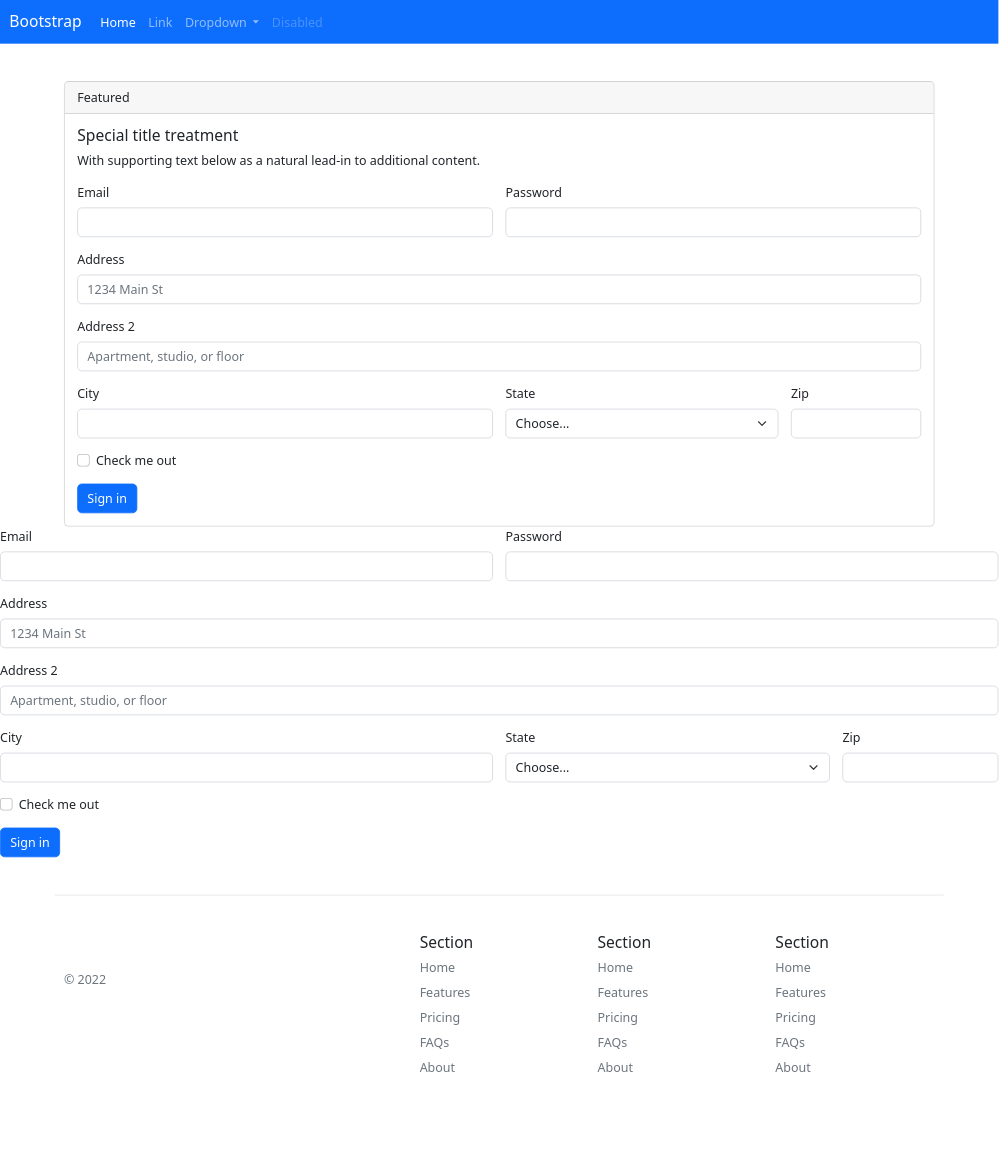
Repository: leosulzbach/Aula
Page: Bootstrap/bootstrap.html
An editor plug-in stored every save of this project. The page is shown before and after the next save, followed by the edit.
The browser window is 1280 px wide. The page is 1288 px wide, then 1280 px, so the pictures cover 1288 px, including what lies to the right of the window. The pictures show the whole page, at 78% of full size.

Above is the page before, as saved 2022-05-26 14:30:01.

### Bootstrap/bootstrap.html
<!DOCTYPE html>
<html lang="PT-BR">
<head>
    <meta charset="UTF-8">
    <meta http-equiv="X-UA-Compatible" content="IE=edge">
    <meta name="viewport" content="width=device-width, initial-scale=1.0">
    <link href="https://cdn.jsdelivr.net/npm/bootstrap@5.2.0-beta1/dist/css/bootstrap.min.css" rel="stylesheet" integrity="sha384-0evHe/X+R7YkIZDRvuzKMRqM+OrBnVFBL6DOitfPri4tjfHxaWutUpFmBp4vmVor" crossorigin="anonymous">
    <script src="https://cdn.jsdelivr.net/npm/bootstrap@5.2.0-beta1/dist/js/bootstrap.bundle.min.js" integrity="sha384-pprn3073KE6tl6bjs2QrFaJGz5/SUsLqktiwsUTF55Jfv3qYSDhgCecCxMW52nD2" crossorigin="anonymous"></script>
    <title>Bootstrap</title>
</head>
<body>
    <nav class="navbar navbar-expand-lg navbar-dark bg-primary">
        <div class="container-fluid">
          <a class="navbar-brand" href="#">Bootstrap</a>

          <button class="navbar-toggler" type="button" data-bs-toggle="collapse" data-bs-target="#navbarSupportedContent" aria-controls="navbarSupportedContent" aria-expanded="false" aria-label="Toggle navigation">
            <span class="navbar-toggler-icon"></span>
          </button>

          <div class="collapse navbar-collapse" id="navbarSupportedContent">
            <ul class="navbar-nav me-auto mb-2 mb-lg-0">
              <li class="nav-item">
                <a class="nav-link active" aria-current="page" href="#">Home</a>
              </li>
              <li class="nav-item">
                <a class="nav-link" href="#">Link</a>
              </li>

              <li class="nav-item dropdown">
                <a class="nav-link dropdown-toggle" href="#" id="navbarDropdown" role="button" data-bs-toggle="dropdown" aria-expanded="false">
                  Dropdown
                </a>
                <ul class="dropdown-menu" aria-labelledby="navbarDropdown">
                  <li><a class="dropdown-item" href="#">Action</a></li>
                  <li><a class="dropdown-item" href="#">Another action</a></li>
                  <li><hr class="dropdown-divider"></li>
                  <li><a class="dropdown-item" href="#">Something else here</a></li>
                </ul>
              </li>
              <li class="nav-item">
                <a class="nav-link disabled">Disabled</a>
              </li>
            </ul>

          </div>
        </div>
      </nav>

      <main class="container">

        <div class="card mt-5">
            <div class="card-header">
              Featured
            </div>
            <div class="card-body">
              <h5 class="card-title">Special title treatment</h5>
              <p class="card-text">With supporting text below as a natural lead-in to additional content.</p>
              <form class="row g-3">
                <div class="col-md-6">
                  <label for="inputEmail4" class="form-label">Email</label>
                  <input type="email" class="form-control" id="inputEmail4">
                </div>
                <div class="col-md-6">
                  <label for="inputPassword4" class="form-label">Password</label>
                  <input type="password" class="form-control" id="inputPassword4">
                </div>
                <div class="col-12">
                  <label for="inputAddress" class="form-label">Address</label>
                  <input type="text" class="form-control" id="inputAddress" placeholder="1234 Main St">
                </div>
                <div class="col-12">
                  <label for="inputAddress2" class="form-label">Address 2</label>
                  <input type="text" class="form-control" id="inputAddress2" placeholder="Apartment, studio, or floor">
                </div>
                <div class="col-md-6">
                  <label for="inputCity" class="form-label">City</label>
                  <input type="text" class="form-control" id="inputCity">
                </div>
                <div class="col-md-4">
                  <label for="inputState" class="form-label">State</label>
                  <select id="inputState" class="form-select">
                    <option selected>Choose...</option>
                    <option>...</option>
                  </select>
                </div>
                <div class="col-md-2">
                  <label for="inputZip" class="form-label">Zip</label>
                  <input type="text" class="form-control" id="inputZip">
                </div>
                <div class="col-12">
                  <div class="form-check">
                    <input class="form-check-input" type="checkbox" id="gridCheck">
                    <label class="form-check-label" for="gridCheck">
                      Check me out
                    </label>
                  </div>
                </div>
                <div class="col-12">
                  <button type="submit" class="btn btn-primary">Sign in</button>
                </div>
              </form>
            </div>
          </div>
      </main>

      <form class="row g-3">
        <div class="col-md-6">
          <label for="inputEmail4" class="form-label">Email</label>
          <input type="email" class="form-control" id="inputEmail4">
        </div>
        <div class="col-md-6">
          <label for="inputPassword4" class="form-label">Password</label>
          <input type="password" class="form-control" id="inputPassword4">
        </div>
        <div class="col-12">
          <label for="inputAddress" class="form-label">Address</label>
          <input type="text" class="form-control" id="inputAddress" placeholder="1234 Main St">
        </div>
        <div class="col-12">
          <label for="inputAddress2" class="form-label">Address 2</label>
          <input type="text" class="form-control" id="inputAddress2" placeholder="Apartment, studio, or floor">
        </div>
        <div class="col-md-6">
          <label for="inputCity" class="form-label">City</label>
          <input type="text" class="form-control" id="inputCity">
        </div>
        <div class="col-md-4">
          <label for="inputState" class="form-label">State</label>
          <select id="inputState" class="form-select">
            <option selected>Choose...</option>
            <option>...</option>
          </select>
        </div>
        <div class="col-md-2">
          <label for="inputZip" class="form-label">Zip</label>
          <input type="text" class="form-control" id="inputZip">
        </div>
        <div class="col-12">
          <div class="form-check">
            <input class="form-check-input" type="checkbox" id="gridCheck">
            <label class="form-check-label" for="gridCheck">
              Check me out
            </label>
          </div>
        </div>
        <div class="col-12">
          <button type="submit" class="btn btn-primary">Sign in</button>
        </div>
      </form>

      <div class="container">
        <footer class="row row-cols-1 row-cols-sm-2 row-cols-md-5 py-5 my-5 border-top">
          <div class="col mb-3">
            <a href="/" class="d-flex align-items-center mb-3 link-dark text-decoration-none">
              <svg class="bi me-2" width="40" height="32"><use xlink:href="#bootstrap"></use></svg>
            </a>
            <p class="text-muted">© 2022</p>
          </div>

          <div class="col mb-3">

          </div>

          <div class="col mb-3">
            <h5>Section</h5>
            <ul class="nav flex-column">
              <li class="nav-item mb-2"><a href="#" class="nav-link p-0 text-muted">Home</a></li>
              <li class="nav-item mb-2"><a href="#" class="nav-link p-0 text-muted">Features</a></li>
              <li class="nav-item mb-2"><a href="#" class="nav-link p-0 text-muted">Pricing</a></li>
              <li class="nav-item mb-2"><a href="#" class="nav-link p-0 text-muted">FAQs</a></li>
              <li class="nav-item mb-2"><a href="#" class="nav-link p-0 text-muted">About</a></li>
            </ul>
          </div>

          <div class="col mb-3">
            <h5>Section</h5>
            <ul class="nav flex-column">
              <li class="nav-item mb-2"><a href="#" class="nav-link p-0 text-muted">Home</a></li>
              <li class="nav-item mb-2"><a href="#" class="nav-link p-0 text-muted">Features</a></li>
              <li class="nav-item mb-2"><a href="#" class="nav-link p-0 text-muted">Pricing</a></li>
              <li class="nav-item mb-2"><a href="#" class="nav-link p-0 text-muted">FAQs</a></li>
              <li class="nav-item mb-2"><a href="#" class="nav-link p-0 text-muted">About</a></li>
            </ul>
          </div>


          <div class="col mb-3">
            <h5>Section</h5>
            <ul class="nav flex-column">
              <li class="nav-item mb-2"><a href="#" class="nav-link p-0 text-muted">Home</a></li>
              <li class="nav-item mb-2"><a href="#" class="nav-link p-0 text-muted">Features</a></li>
              <li class="nav-item mb-2"><a href="#" class="nav-link p-0 text-muted">Pricing</a></li>
              <li class="nav-item mb-2"><a href="#" class="nav-link p-0 text-muted">FAQs</a></li>
              <li class="nav-item mb-2"><a href="#" class="nav-link p-0 text-muted">About</a></li>
            </ul>
          </div>
        </footer>
      </div>
</body>
</html>

After the next save:
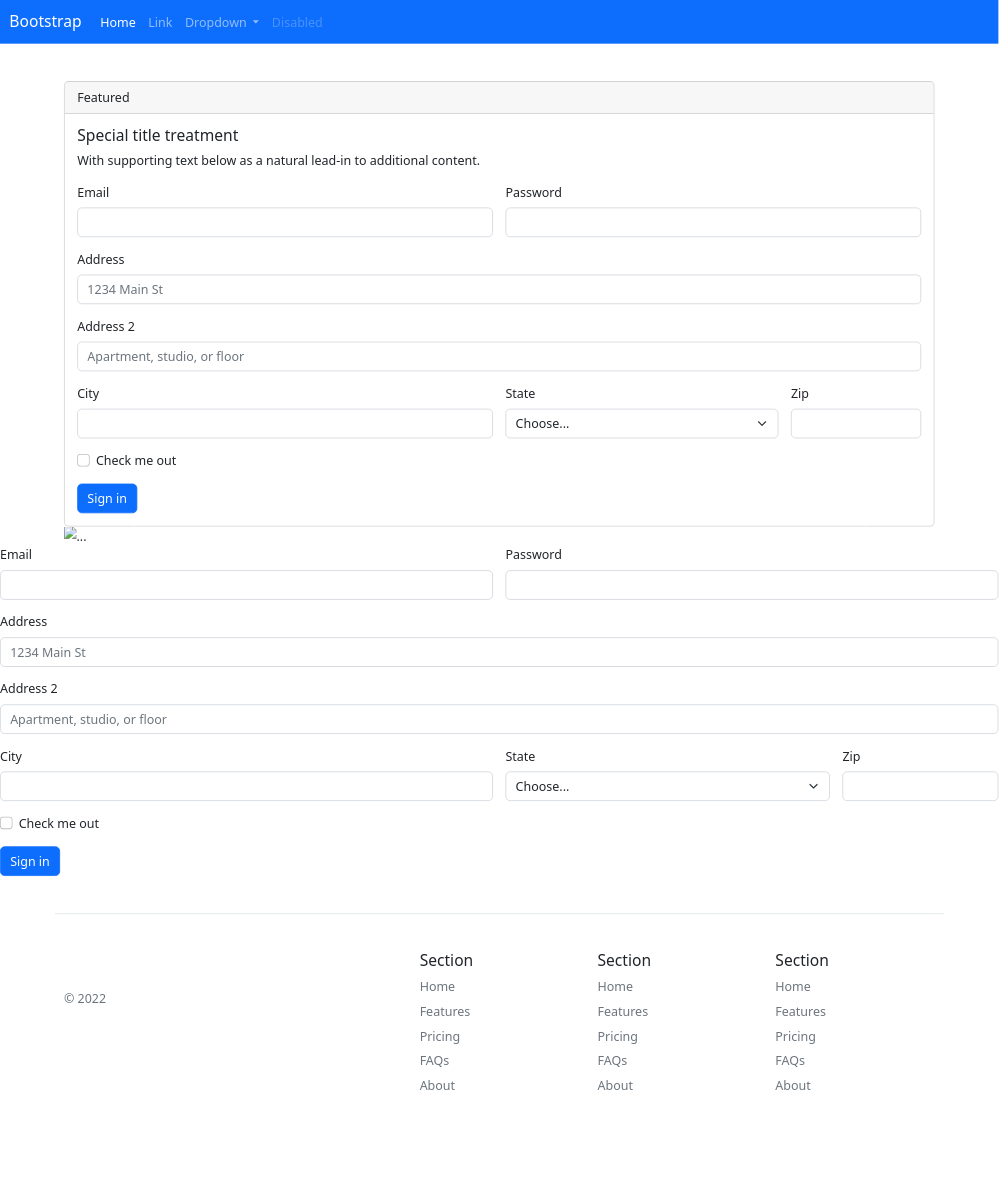
Not found: Bootstrap/...
Saved 10 min 33 s later.
--- a/Bootstrap/bootstrap.html
+++ b/Bootstrap/bootstrap.html
@@ -101,6 +101,33 @@
               </form>
             </div>
           </div>
+
+          <div id="carouselExampleIndicators" class="carousel slide" data-bs-ride="true">
+            <div class="carousel-indicators">
+              <button type="button" data-bs-target="#carouselExampleIndicators" data-bs-slide-to="0" class="active" aria-current="true" aria-label="Slide 1"></button>
+              <button type="button" data-bs-target="#carouselExampleIndicators" data-bs-slide-to="1" aria-label="Slide 2"></button>
+              <button type="button" data-bs-target="#carouselExampleIndicators" data-bs-slide-to="2" aria-label="Slide 3"></button>
+            </div>
+            <div class="carousel-inner">
+              <div class="carousel-item active">
+                <img src="..." class="d-block w-100" alt="...">
+              </div>
+              <div class="carousel-item">
+                <img src="..." class="d-block w-100" alt="...">
+              </div>
+              <div class="carousel-item">
+                <img src="..." class="d-block w-100" alt="...">
+              </div>
+            </div>
+            <button class="carousel-control-prev" type="button" data-bs-target="#carouselExampleIndicators" data-bs-slide="prev">
+              <span class="carousel-control-prev-icon" aria-hidden="true"></span>
+              <span class="visually-hidden">Previous</span>
+            </button>
+            <button class="carousel-control-next" type="button" data-bs-target="#carouselExampleIndicators" data-bs-slide="next">
+              <span class="carousel-control-next-icon" aria-hidden="true"></span>
+              <span class="visually-hidden">Next</span>
+            </button>
+          </div>
       </main>
 
       <form class="row g-3">

After the save that followed:
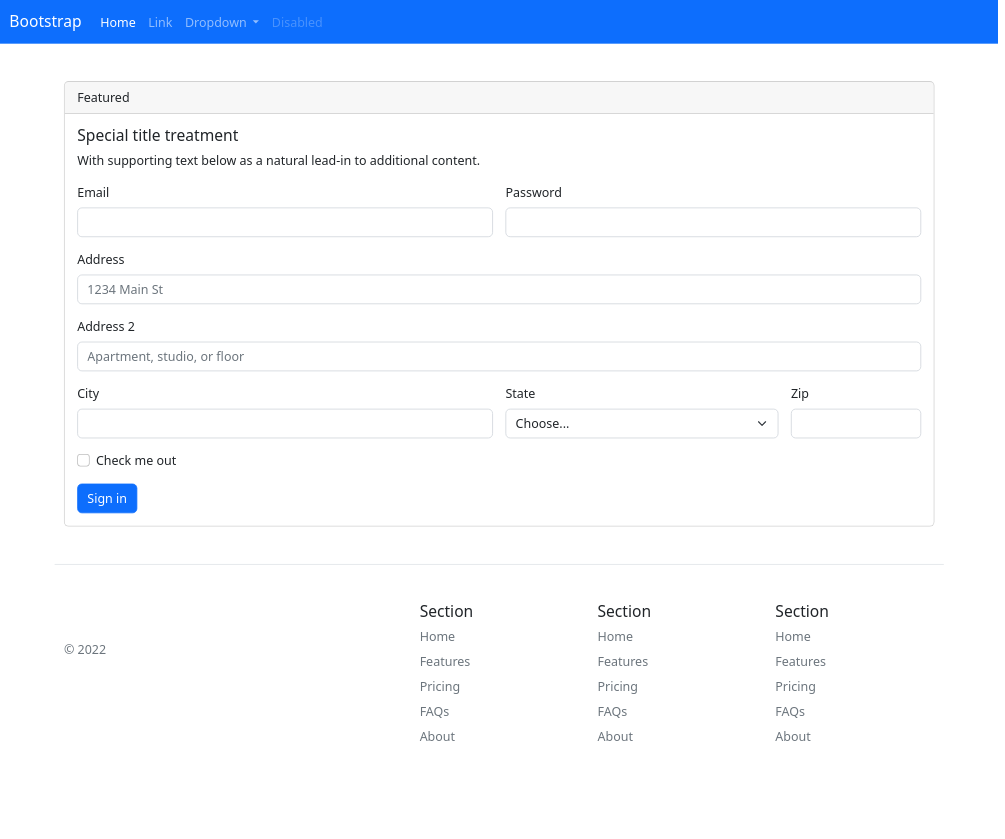
Saved 59 s later.
--- a/Bootstrap/bootstrap.html
+++ b/Bootstrap/bootstrap.html
@@ -102,78 +102,11 @@
             </div>
           </div>
 
-          <div id="carouselExampleIndicators" class="carousel slide" data-bs-ride="true">
-            <div class="carousel-indicators">
-              <button type="button" data-bs-target="#carouselExampleIndicators" data-bs-slide-to="0" class="active" aria-current="true" aria-label="Slide 1"></button>
-              <button type="button" data-bs-target="#carouselExampleIndicators" data-bs-slide-to="1" aria-label="Slide 2"></button>
-              <button type="button" data-bs-target="#carouselExampleIndicators" data-bs-slide-to="2" aria-label="Slide 3"></button>
-            </div>
-            <div class="carousel-inner">
-              <div class="carousel-item active">
-                <img src="..." class="d-block w-100" alt="...">
-              </div>
-              <div class="carousel-item">
-                <img src="..." class="d-block w-100" alt="...">
-              </div>
-              <div class="carousel-item">
-                <img src="..." class="d-block w-100" alt="...">
-              </div>
-            </div>
-            <button class="carousel-control-prev" type="button" data-bs-target="#carouselExampleIndicators" data-bs-slide="prev">
-              <span class="carousel-control-prev-icon" aria-hidden="true"></span>
-              <span class="visually-hidden">Previous</span>
-            </button>
-            <button class="carousel-control-next" type="button" data-bs-target="#carouselExampleIndicators" data-bs-slide="next">
-              <span class="carousel-control-next-icon" aria-hidden="true"></span>
-              <span class="visually-hidden">Next</span>
-            </button>
-          </div>
+
+
       </main>
 
-      <form class="row g-3">
-        <div class="col-md-6">
-          <label for="inputEmail4" class="form-label">Email</label>
-          <input type="email" class="form-control" id="inputEmail4">
-        </div>
-        <div class="col-md-6">
-          <label for="inputPassword4" class="form-label">Password</label>
-          <input type="password" class="form-control" id="inputPassword4">
-        </div>
-        <div class="col-12">
-          <label for="inputAddress" class="form-label">Address</label>
-          <input type="text" class="form-control" id="inputAddress" placeholder="1234 Main St">
-        </div>
-        <div class="col-12">
-          <label for="inputAddress2" class="form-label">Address 2</label>
-          <input type="text" class="form-control" id="inputAddress2" placeholder="Apartment, studio, or floor">
-        </div>
-        <div class="col-md-6">
-          <label for="inputCity" class="form-label">City</label>
-          <input type="text" class="form-control" id="inputCity">
-        </div>
-        <div class="col-md-4">
-          <label for="inputState" class="form-label">State</label>
-          <select id="inputState" class="form-select">
-            <option selected>Choose...</option>
-            <option>...</option>
-          </select>
-        </div>
-        <div class="col-md-2">
-          <label for="inputZip" class="form-label">Zip</label>
-          <input type="text" class="form-control" id="inputZip">
-        </div>
-        <div class="col-12">
-          <div class="form-check">
-            <input class="form-check-input" type="checkbox" id="gridCheck">
-            <label class="form-check-label" for="gridCheck">
-              Check me out
-            </label>
-          </div>
-        </div>
-        <div class="col-12">
-          <button type="submit" class="btn btn-primary">Sign in</button>
-        </div>
-      </form>
+
 
       <div class="container">
         <footer class="row row-cols-1 row-cols-sm-2 row-cols-md-5 py-5 my-5 border-top">
